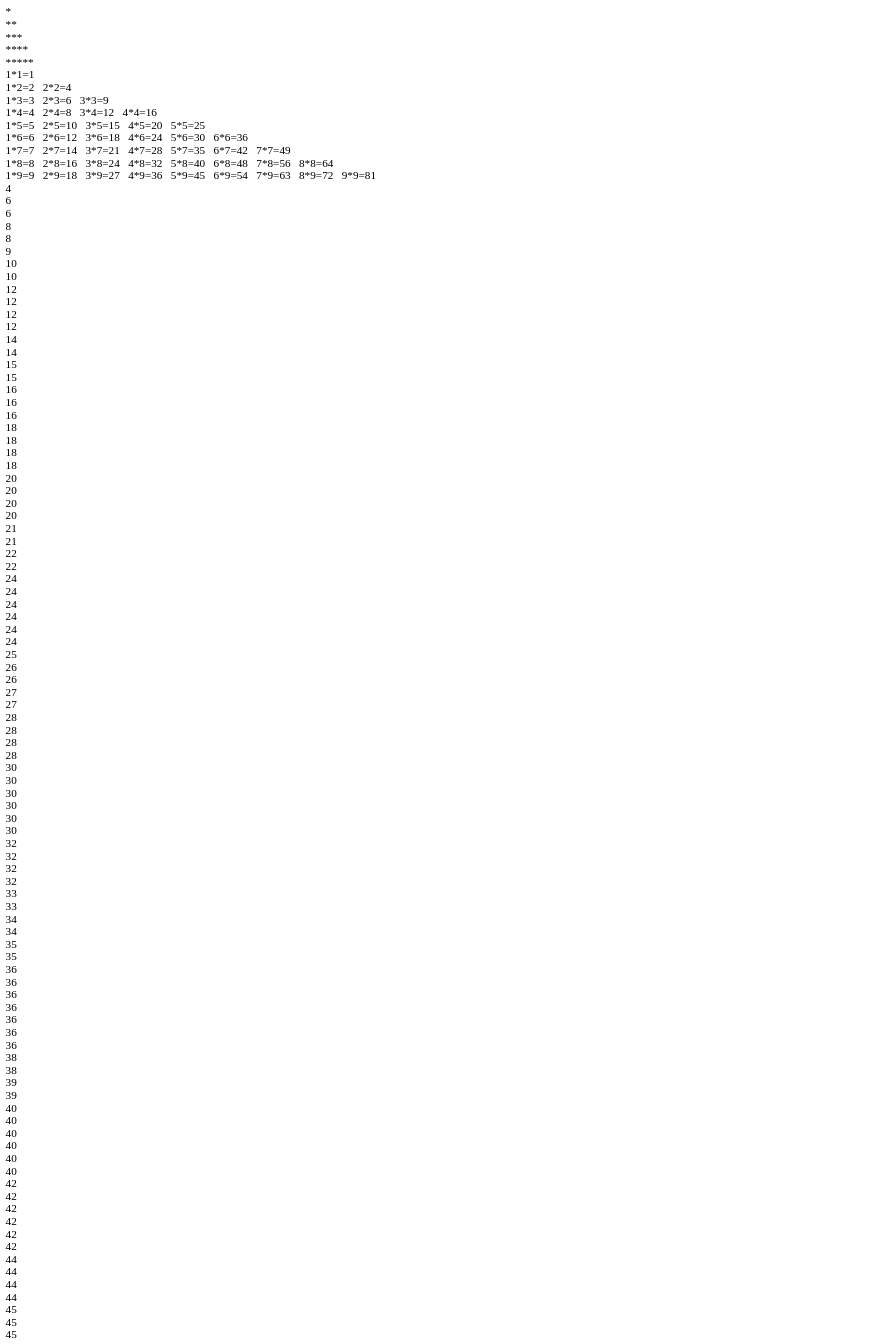
Repository: w441813542/webrecord
Page: JavaScript部分/20for循环练习.html
The author's editor kept a copy of each file at every save. The page is drawn from the files as they stood at one save, then again after a run of saves.
The browser window is 1280 px wide. The pictures show the part of the page from y = 0 to 1920 px (the page is 5362 px tall before and 720 px after), at 70% of full size.

Above is the page before, as saved 2021-03-18 10:41:59.

After the next 2 saves:
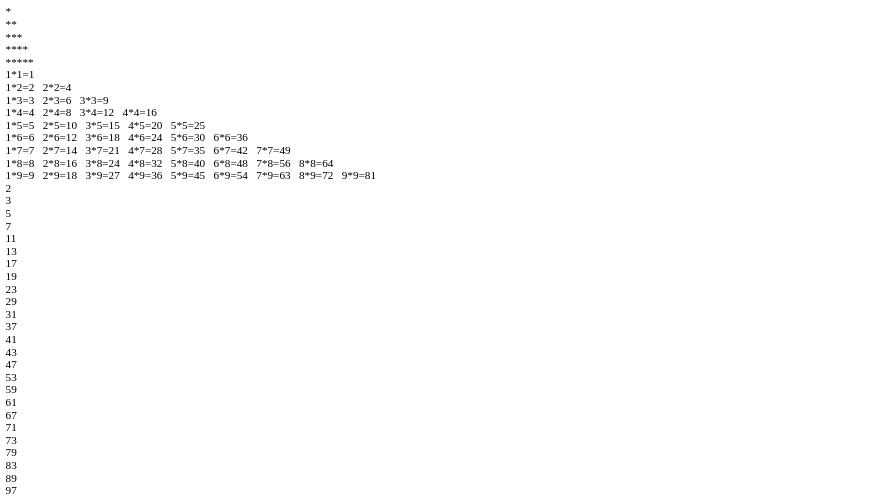
The 2 saves are shown as one change because they came seconds apart.
The last was saved 45 s later.
--- a/JavaScript部分/20for循环练习.html
+++ b/JavaScript部分/20for循环练习.html
@@ -41,9 +41,11 @@
             var flag = true;
             for (var j = 2; j < i; j++) {
                 if (i % j == 0) {
-                    document.write(i + "<br/>");
-                    continue;
+                    flag = false;
                 }
+            }
+            if (flag) {
+                document.write(i + "<br/>");
             }
         }
     </script>
